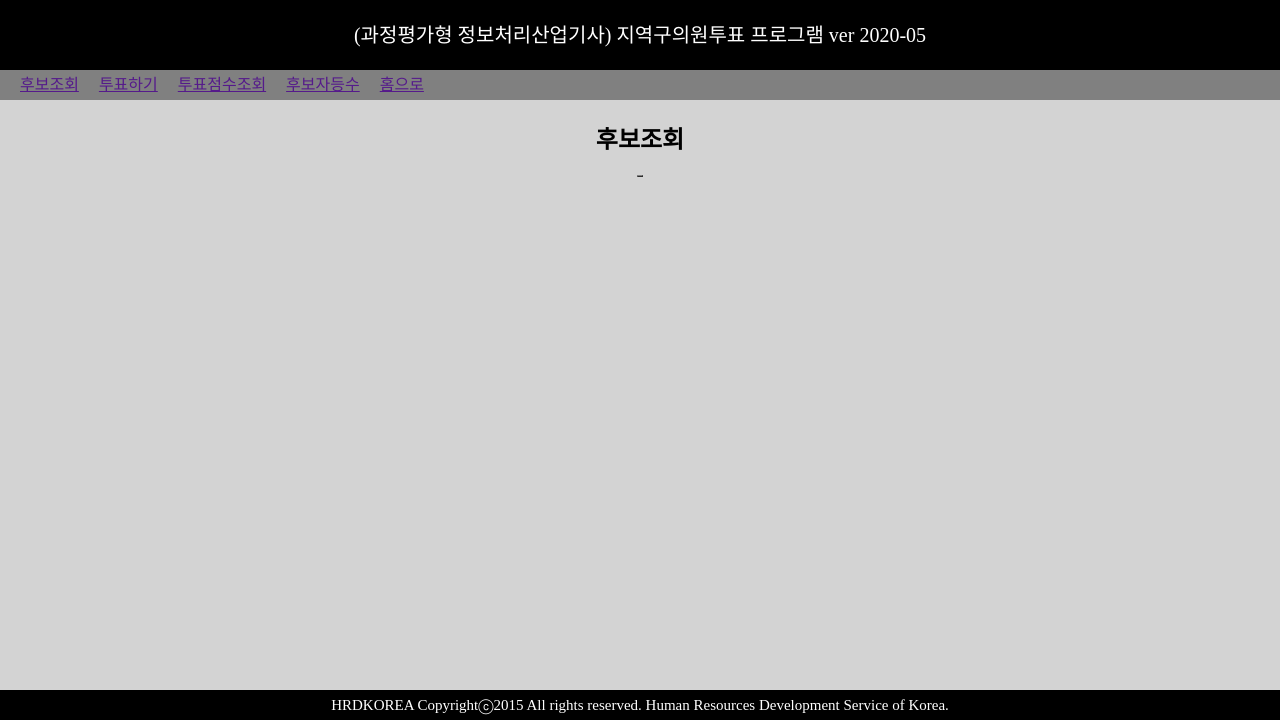
Repository: alsco727/JSP
Page: http://localhost/HRD_2207/vote.jsp
An editor plug-in stored every save of this project. The page is shown before and after the next save, followed by the edit.
The browser window is 1280 px wide. The pictures show the whole page.
The page is served by Tomcat 9. Other server files are loaded and not shown.

Above is the page before, as saved 2022-08-29 10:32:44.

### information_Processing/JSP과제4/HRD_2207/src/main/webapp/vote.jsp
<%@ page language="java" contentType="text/html; charset=UTF-8"
    pageEncoding="UTF-8"%>
<!DOCTYPE html>
<html>
<head>
<meta charset="UTF-8">
<title>vote</title>
</head>
<body>
<jsp:include page="header.jsp"></jsp:include>
<section style="position:fixed; top:100px; left:0px; width:100%; height:100%; background-color:lightgray">
<h2 style="text-align:center"><b>후보조회</b></h2>
<form style="display:flex; align-items:center; justify-content:center; text-align:center">
<table border="1">
</table>
</form>
</section>
<jsp:include page="footer.jsp"></jsp:include>
</body>
</html>

### information_Processing/JSP과제4/HRD_2207/src/main/webapp/header.jsp
<%@ page language="java" contentType="text/html; charset=UTF-8"
    pageEncoding="UTF-8"%>
<!DOCTYPE html>
<html>
<head>
<meta charset="UTF-8">
<title>header</title>
</head>
<body>
<header style="position:fixed; top:0px; left:0px; width:100%; height:70px; line-height:70px; text-align:center; background-color:black; color:white; font-size:20px">(과정평가형 정보처리산업기사) 지역구의원투표 프로그램 ver 2020-05</header>

<nav style="position:fixed; top:70px; left:0px; width:100%; height:30px; line-height:30px; background-color:gray; color:white; padding-left:20px">
<a href="">후보조회</a> &nbsp; &nbsp;
<a href="">투표하기</a> &nbsp; &nbsp;
<a href="">투표점수조회</a> &nbsp; &nbsp;
<a href="">후보자등수</a> &nbsp; &nbsp;
<a href="">홈으로</a> &nbsp; &nbsp;
</nav>
</body>
</html>

### information_Processing/JSP과제4/HRD_2207/src/main/webapp/footer.jsp
<%@ page language="java" contentType="text/html; charset=UTF-8"
    pageEncoding="UTF-8"%>
<!DOCTYPE html>
<html>
<head>
<meta charset="UTF-8">
<title>footer</title>
</head>
<body>
<footer style="position:fixed; bottom:0px; left:0px; width:100%; height:30px; line-height:30px; text-align:center; background-color:black; color:white; font-size:15px">HRDKOREA Copyrightⓒ2015 All rights reserved. Human Resources Development Service of Korea.</footer>
</body>
</html>

After the next save:
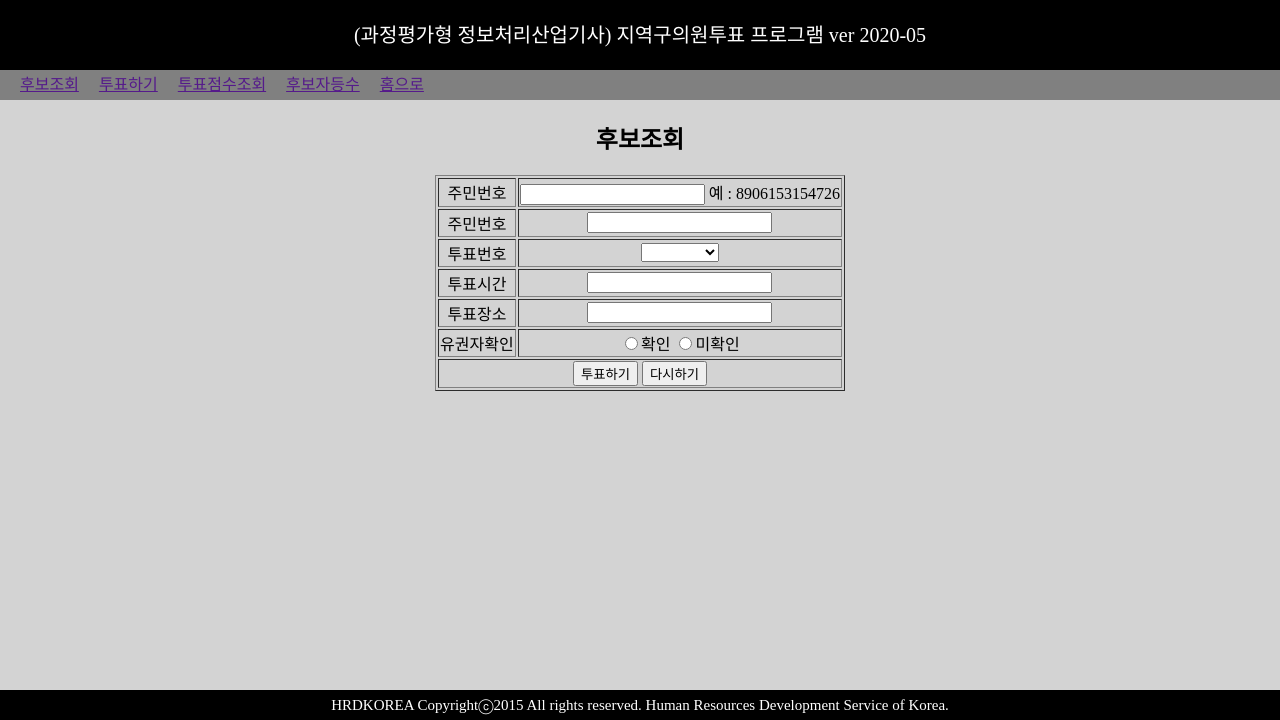
Saved 8 min 44 s later.
--- a/information_Processing/JSP과제4/HRD_2207/src/main/webapp/vote.jsp
+++ b/information_Processing/JSP과제4/HRD_2207/src/main/webapp/vote.jsp
@@ -12,6 +12,44 @@
 <h2 style="text-align:center"><b>후보조회</b></h2>
 <form style="display:flex; align-items:center; justify-content:center; text-align:center">
 <table border="1">
+<tr>
+	<td>주민번호</td>
+	<td><input type="text" name="v_jumin"> 예 : 8906153154726</td>
+</tr>
+<tr>
+	<td>주민번호</td>
+	<td><input type="text" name="v_name"></td>
+</tr>
+<tr>
+	<td>투표번호</td>
+	<td>
+	<select>
+		<option value=""></option>
+		<option value="1">[1] 김후보</option>
+		<option value="2">[2] 이후보</option>
+		<option value="3">[3] 박후보</option>
+		<option value="4">[4] 조후보</option>
+		<option value="5">[5] 최후보</option>
+	</select>
+	</td>
+</tr>
+<tr>
+	<td>투표시간</td>
+	<td><input type="text" name="v_time"></td>
+</tr>
+<tr>
+	<td>투표장소</td>
+	<td><input type="text" name="v_area"></td>
+</tr>
+<tr>
+	<td>유권자확인</td>
+	<td><input type="radio">확인 <input type="radio">미확인</td>
+</tr>
+<tr>
+	<td colspan="2">
+	<input type="button" value="투표하기">
+	<input type="button" value="다시하기">
+</tr>
 </table>
 </form>
 </section>
